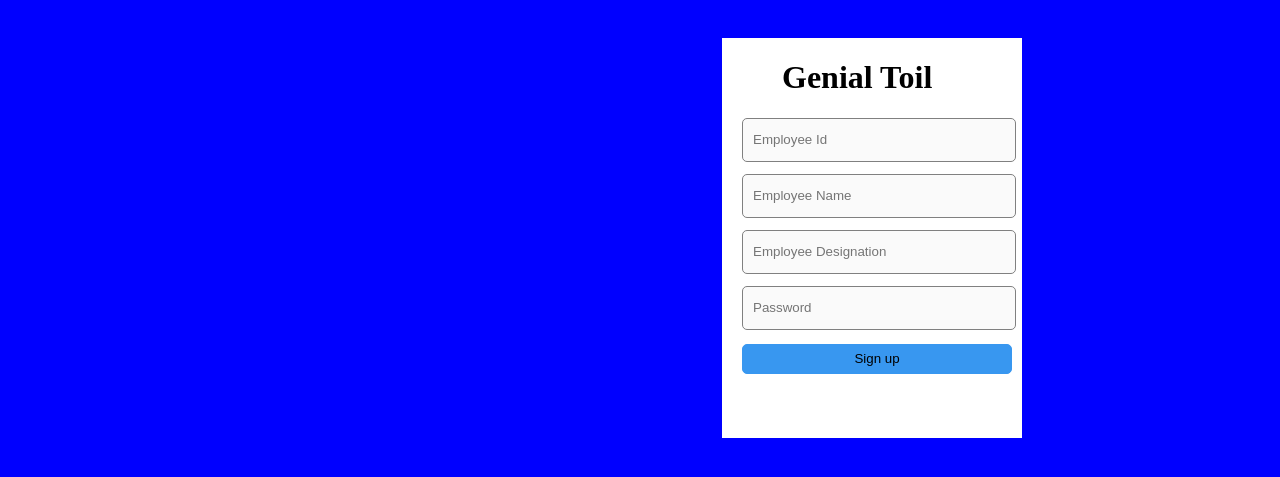
Repository: robin9533/Basic-Programs-App.
Page: GW-Genial Work Proj/GT_GenialToil/WebContent/EmployeeSignup.html
An editor plug-in stored every save of this project. The page is shown before and after the next save, followed by the edit.
The browser window is 1280 px wide. The pictures show the whole page.

Above is the page before, as saved 2019-05-10 09:57:19.

After the next save:
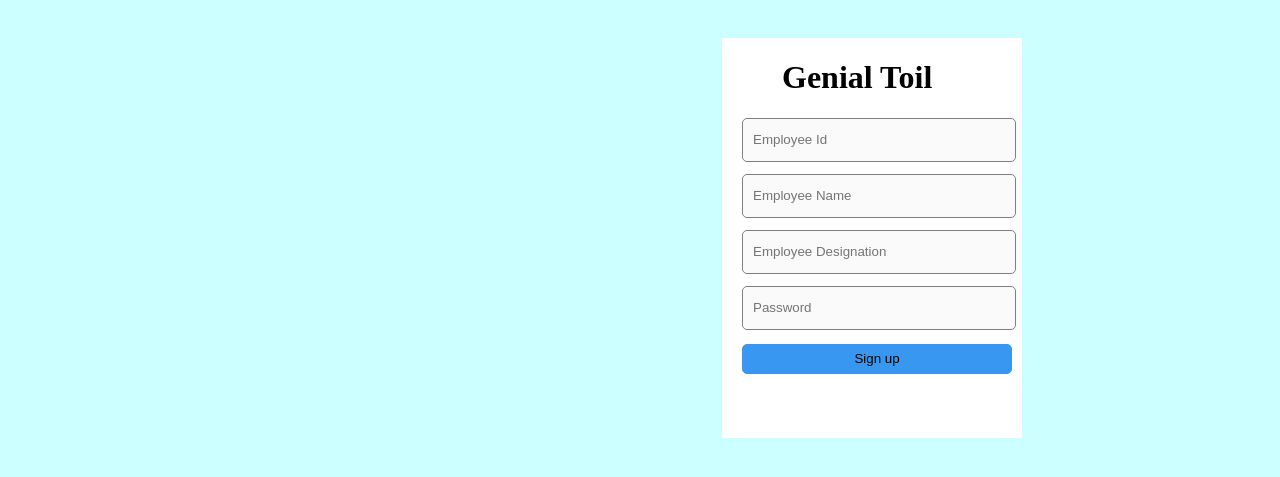
Saved 54 s later.
--- a/GW-Genial Work Proj/GT_GenialToil/WebContent/EmployeeSignup.css
+++ b/GW-Genial Work Proj/GT_GenialToil/WebContent/EmployeeSignup.css
@@ -1,7 +1,7 @@
 @charset "ISO-8859-1";
 
 body{
-	background-color: blue;
+	background-color: #ccffff;
 }
 .registrationblock {
 	height:400px;
@@ -37,5 +37,4 @@ body{
 .registrationblock h1{
 	margin-left: 60px;
 	cursor: default;
-
 	}
